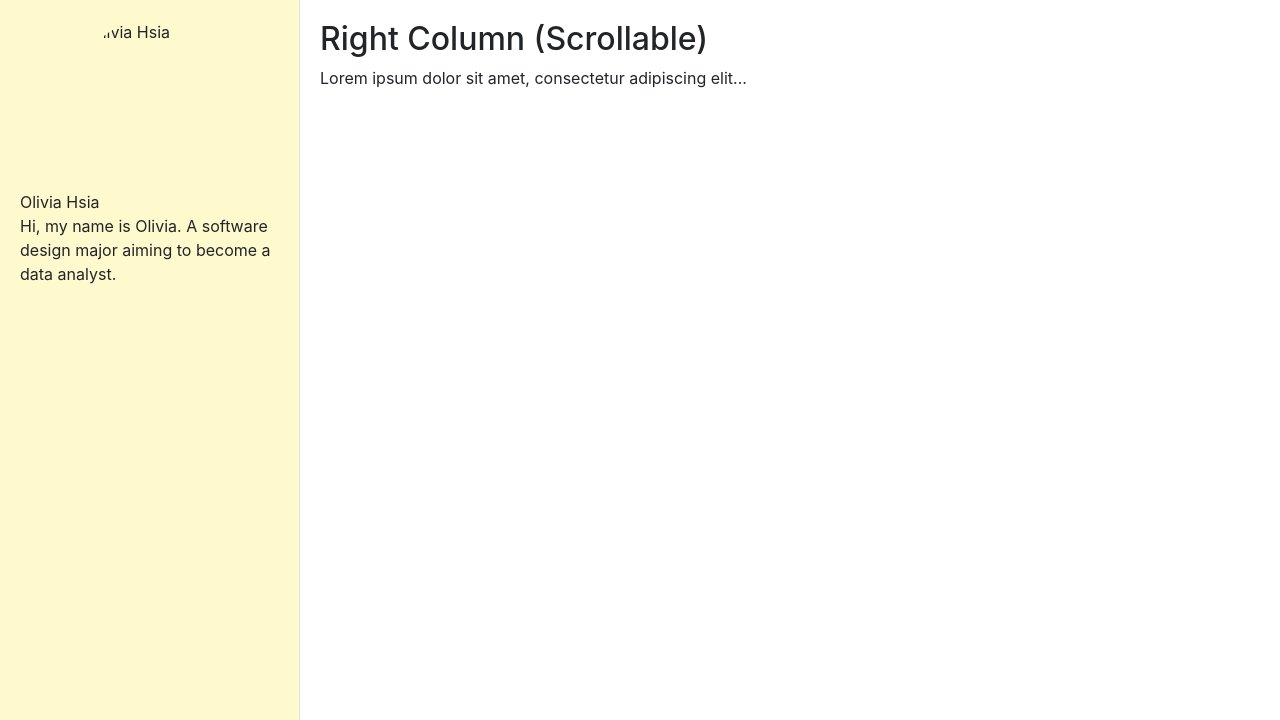
Repository: oliviahsia/FinalProject
Page: src/main/webapp/WEB-INF/main.html
An editor plug-in stored every save of this project. The page is shown before and after a run of saves, followed by the edit.
The browser window is 1280 px wide. The pictures show the whole page.
Some web libraries are served in a nearby version.

Above is the page before, as saved 2024-03-08 12:59:22.

After the next 4 saves:
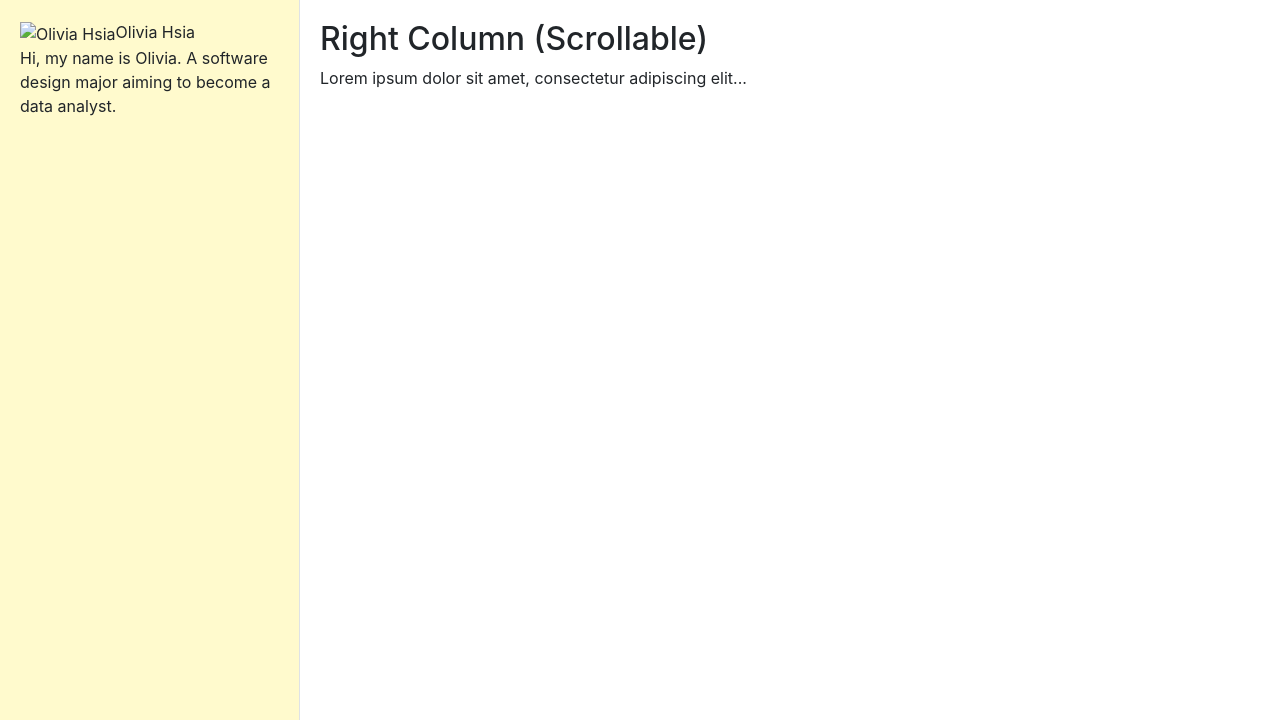
The 4 saves are shown as one change because they came seconds apart.
The last was saved 12 s later.
--- a/src/main/webapp/WEB-INF/main.html
+++ b/src/main/webapp/WEB-INF/main.html
@@ -16,7 +16,7 @@
 <body>
   <div class="fixed-left">
     <!-- Content in left column -->
-    <img src = "  " alt = "Olivia Hsia" class = "profile-pic"
+    <img src = "  " alt = "Olivia Hsia" class = "profile"
     <h2>Olivia Hsia</h2>
     <p>Hi, my name is Olivia. A software design major aiming to become a data analyst. </p>
   </div>
